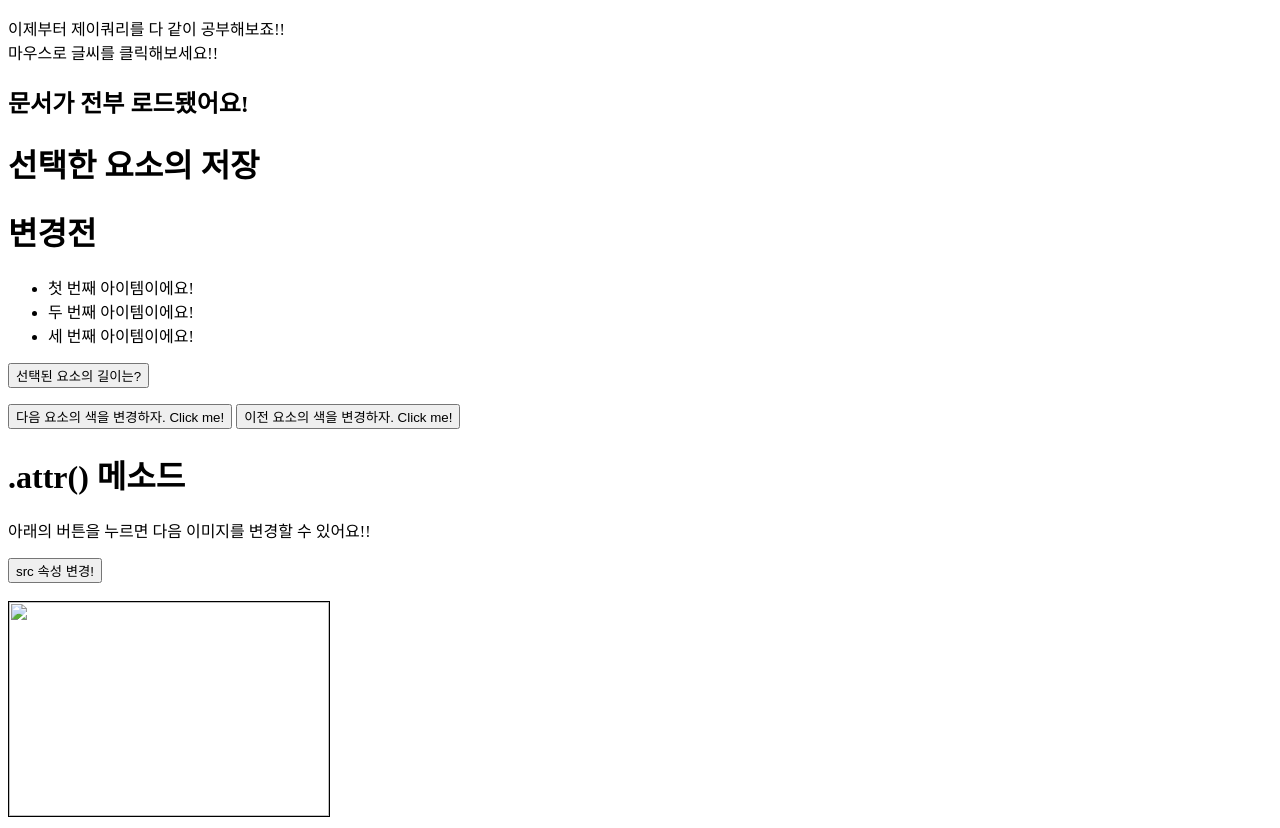
Repository: kokoko12334/sms
Page: http://localhost/test
These files come from the project's save history. The page is drawn as it stood at one moment and after the next save; the edit follows.
The browser window is 1280 px wide. The pictures show the whole page.
The page is this project's Thymeleaf template; nobody is signed in. The template is opened directly, without the code that normally fills it, so the values that code supplies are empty.

Above is the page before, as saved 2023-05-27 08:55:39.
Console error: TypeError: e.indexOf is not a function
Not found: workspace_spring2/bankingdemo/graph.drawio.png

### workspace_spring2/bankingdemo/src/main/resources/templates/test.html
<!DOCTYPE html>
<html>
<head>
<meta charset="UTF-8">
<script  src="http://code.jquery.com/jquery-latest.min.js"></script>
<title>Insert title here</title>
</head>
<body>

   <p>이제부터 제이쿼리를 다 같이 공부해보죠!!<br>

    마우스로 글씨를 클릭해보세요!!</p>

	<h2 id = "doc" class = "t"></h2>
	<h2 id = "win" class = "t"></h2>

	<h1>선택한 요소의 저장</h1>
	<h1 id = "text">변경전</h1>
	<ul>
		<li>첫 번째 아이템이에요!</li>
		<li>두 번째 아이템이에요!</li>
		<li>세 번째 아이템이에요!</li>
	</ul>
	<button>선택된 요소의 길이는?</button>
	<p id="len"></p>

	<div>
   <button class="button1">다음 요소의 색을 변경하자. Click me!</button>
   <button class="button2">이전 요소의 색을 변경하자. Click me!</button>
</div>


<h1>.attr() 메소드</h1>
	<p>아래의 버튼을 누르면 다음 이미지를 변경할 수 있어요!!</p>
	<button>src 속성 변경!</button><br><br>
	<img src="./graph.drawio.png" style="width:320px; height:214px; border: 1px solid black">

<script>
// $(function() { 제이쿼리코드 } ) 는 자바에서 window.onload = functions(){}과 같은 기능임 즉, 모든 페이지가 로드되고 실행하라는 의미
$(function() {

    $("p").on("click", function() {

       $("p").css("color", "red");

    });

    $("#doc").on("click", function(){
    	$(".t").css("color", "blue");
    });


    var items = $("li");	// <li>요소를 모두 선택하여 변수 items에 저장함.
    console.log(items[1]);
	$("button").on("click", function() {
		$("#len").text("저장된 <li>요소의 총 개수는 " + items.length + "개입니다.");
	});



	$('.button1').click(function() {
		   $(this).next().css('color', 'red');
		});

		// 이전 요소에 대한 색상 변경
		$('.button2').click(function() {
		   $(this).prev().css('color', 'red');
		});


		$("button").on("click", function() {

			      var newText = $("h1").html(); // <h1>요소의 텍스트를 읽어오는 getter 메소드

			      $("#text").html(newText);     // id가 "text"인 요소에 새로운 텍스트를 설정하는 setter 메소드

			    });






});



$(document).ready( function() {

    $("#doc").text("문서가 전부 로드됐어요!");

});

$(window).load( function() {

    $("#win").text("창이 모두 로드됐어요!");

});
</script>
</body>
</html>

After the next save:
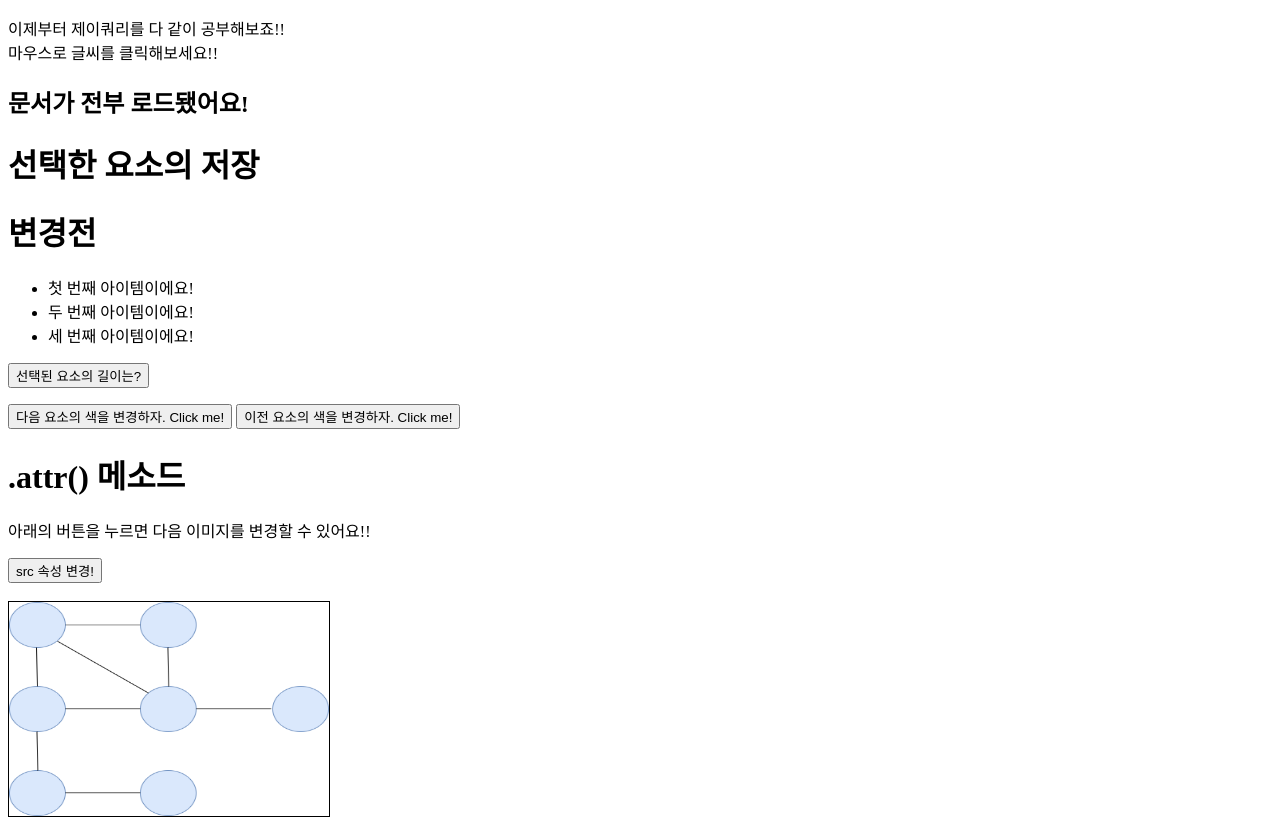
Saved 2 min 37 s later.
--- a/workspace_spring2/bankingdemo/src/main/resources/templates/test.html
+++ b/workspace_spring2/bankingdemo/src/main/resources/templates/test.html
@@ -33,7 +33,7 @@
 <h1>.attr() 메소드</h1>
 	<p>아래의 버튼을 누르면 다음 이미지를 변경할 수 있어요!!</p>
 	<button>src 속성 변경!</button><br><br>
-	<img src="./graph.drawio.png" style="width:320px; height:214px; border: 1px solid black">
+	<img src="images/graph.drawio.png" style="width:320px; height:214px; border: 1px solid black">
 
 <script>
 // $(function() { 제이쿼리코드 } ) 는 자바에서 window.onload = functions(){}과 같은 기능임 즉, 모든 페이지가 로드되고 실행하라는 의미
